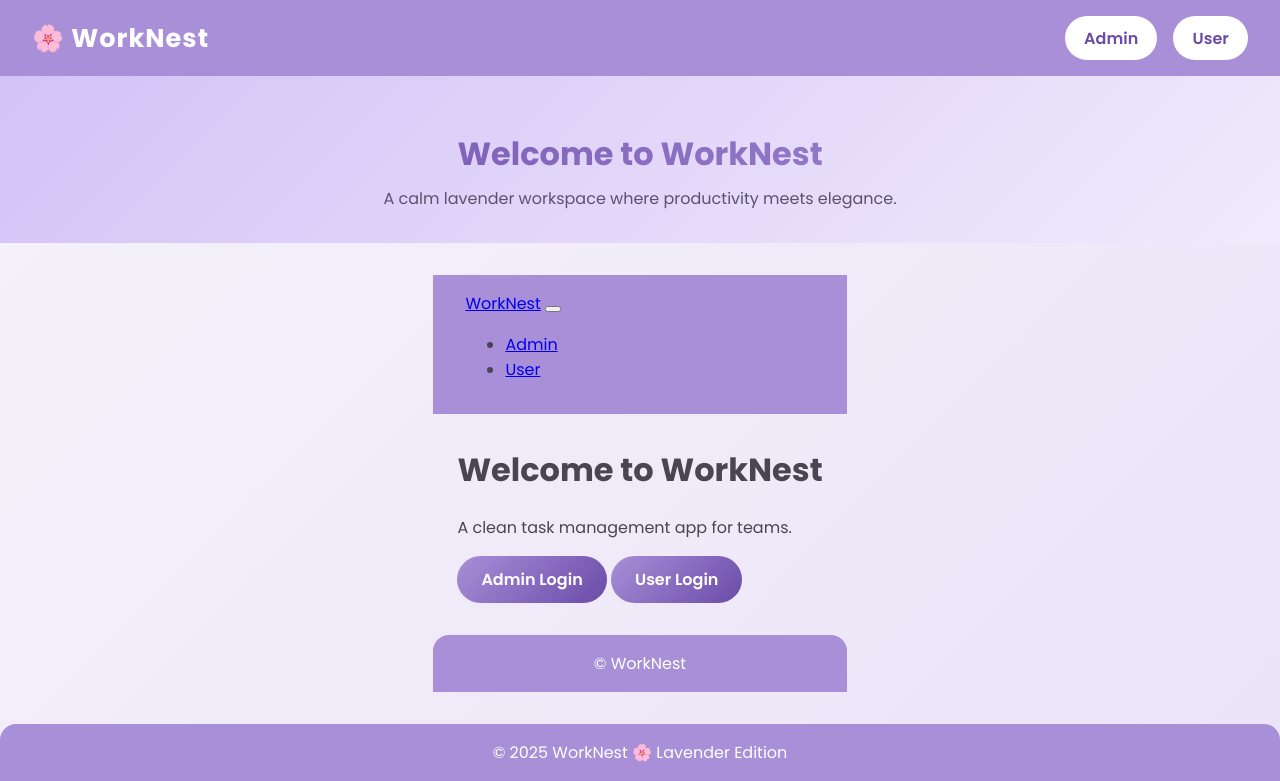
Repository: Sourav5harma/WiproProject
Page: http://localhost/WorkNestApp/
These files come from the project's save history. The page is drawn as it stood at one moment and after the next save; the edit follows.
The browser window is 1280 px wide. The pictures show the whole page.
The page is served by Tomcat 9. Other server files are loaded and not shown.

Above is the page before, as saved 2025-08-25 21:11:02.

### WorkNestApp/src/main/webapp/index.jsp
<%@ page language="java" contentType="text/html; charset=UTF-8" pageEncoding="UTF-8"%>
<%@ taglib prefix="c" uri="http://java.sun.com/jsp/jstl/core" %>
<jsp:forward page="/WEB-INF/jsp/index.jsp"/>

### WorkNestApp/src/main/webapp/WEB-INF/jsp/index.jsp
<%@ page contentType="text/html;charset=UTF-8" language="java" %>
<%@ taglib prefix="c" uri="http://java.sun.com/jsp/jstl/core" %>
<!DOCTYPE html>
<html lang="en">
<head>
  <title>WorkNest</title>
  <link href="https://fonts.googleapis.com/css2?family=Poppins:wght@400;600;700&display=swap" rel="stylesheet">
  <style>
    body { margin:0; min-height:100vh; display:flex; flex-direction:column;
           font-family:'Poppins',sans-serif; background:linear-gradient(135deg,#f6f3fa,#ebe3f8); color:#4b4453; }
    nav { display:flex; justify-content:space-between; align-items:center; background:#a88fd8; padding:1rem 2rem; }
    nav .title { font-size:1.6rem; font-weight:700; color:white; letter-spacing:1px; }
    nav .actions { display:flex; gap:1rem; }
    nav .actions a { padding:0.6rem 1.2rem; border-radius:30px; background:white; color:#6a4ba8;
                     font-weight:600; text-decoration:none; transition:all 0.3s ease; }
    nav .actions a:hover { background:#d3c2f7; color:white; }
    .hero { text-align:center; padding:2rem 1rem; background:linear-gradient(135deg,#d3c2f7,#f1ebfc); }
    .hero h1 { font-size:2rem; margin-bottom:0.5rem; background:linear-gradient(to right,#6a4ba8,#a88fd8);
               -webkit-background-clip:text; -webkit-text-fill-color:transparent; }
    .hero p { font-size:1rem; color:#5a5270; max-width:600px; margin:0 auto; }
    .container { flex-grow:1; max-width:1000px; margin:2rem auto; padding:0 1.5rem; }
    .card { background:white; padding:2rem; border-radius:1.5rem; box-shadow:0 6px 16px rgba(168,143,216,0.25);
            transition:transform 0.3s, box-shadow 0.3s; }
    .card:hover { transform:translateY(-6px); box-shadow:0 10px 22px rgba(168,143,216,0.35); }
    footer { background:#a88fd8; color:white; padding:1rem; text-align:center; border-top-left-radius:1rem;
             border-top-right-radius:1rem; margin-top:auto; }
    .btn { display:inline-block; padding:0.7rem 1.5rem; border-radius:50px;
           background:linear-gradient(135deg,#a88fd8,#6a4ba8); color:white; font-weight:600; text-decoration:none; transition:all 0.3s ease; }
    .btn:hover { box-shadow:0 6px 16px rgba(168,143,216,0.4); transform:translateY(-2px); }
  </style>
</head>
<body>
<nav>
  <div class="title">🌸 WorkNest</div>
  <div class="actions">
    <a href="<c:url value='/admin/login'/>">Admin</a>
    <a href="<c:url value='/user/login'/>">User</a>
  </div>
</nav>
<div class="hero">
  <h1>Welcome to WorkNest</h1>
  <p>A calm lavender workspace where productivity meets elegance.</p>
</div>
<div class="container">

<nav class="navbar navbar-expand-lg navbar-dark bg-primary">
  <div class="container-fluid">
    <a class="navbar-brand fw-bold" href="<c:url value='/'/>">WorkNest</a>
    <button class="navbar-toggler" type="button" data-bs-toggle="collapse" data-bs-target="#nav">
      <span class="navbar-toggler-icon"></span>
    </button>
    <div class="collapse navbar-collapse" id="nav">
      <ul class="navbar-nav ms-auto">
        <li class="nav-item"><a class="nav-link" href="<c:url value='/admin/login'/>">Admin</a></li>
        <li class="nav-item"><a class="nav-link" href="<c:url value='/user/login'/>">User</a></li>
      </ul>
    </div>
  </div>
</nav>
<div class="container my-4">

<div class="p-5 bg-white rounded-3 shadow-sm">
  <h1 class="display-6">Welcome to WorkNest</h1>
  <p class="lead">A clean task management app for teams.</p>
  <a class="btn btn-primary me-2" href="<c:url value='/admin/login'/>">Admin Login</a>
  <a class="btn btn-outline-primary" href="<c:url value='/user/login'/>">User Login</a>
</div>

</div>
<footer class="text-center text-muted py-4">© WorkNest</footer>

</div>
<footer>© 2025 WorkNest 🌸 Lavender Edition</footer>
</body>
</html>

After the next save:
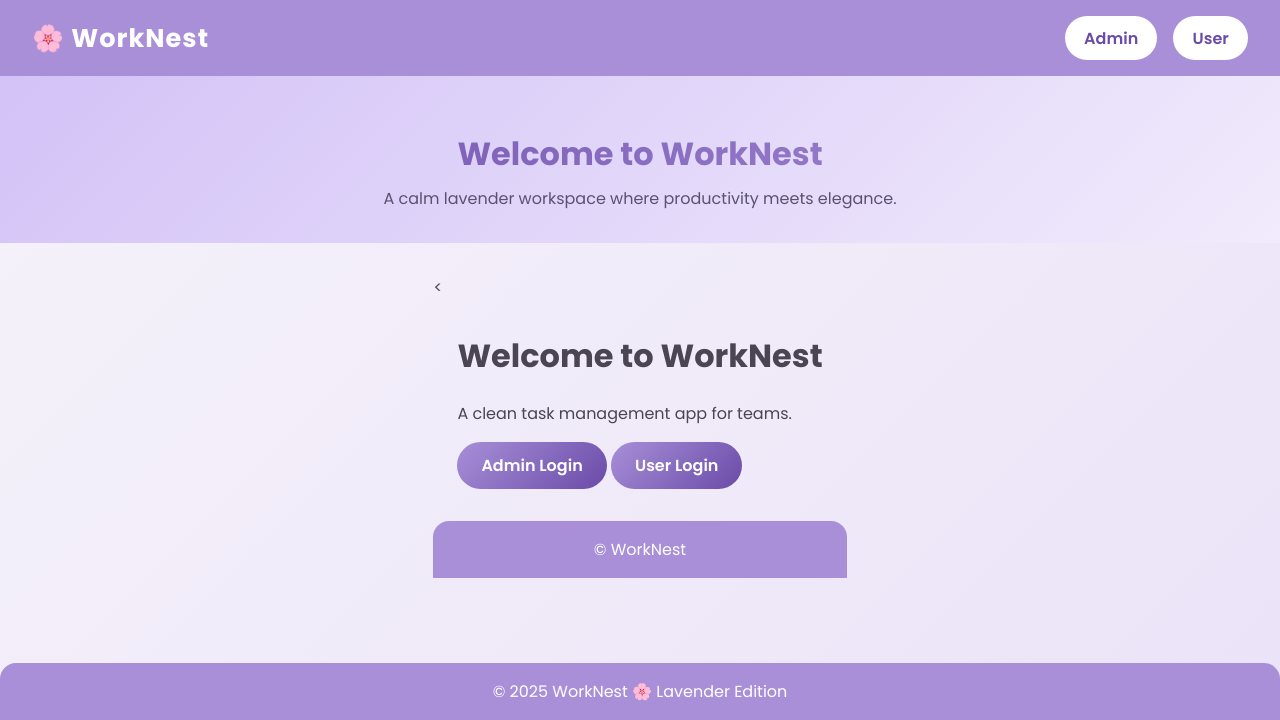
Saved 5 h 33 min later.
--- a/WorkNestApp/src/main/webapp/WEB-INF/jsp/index.jsp
+++ b/WorkNestApp/src/main/webapp/WEB-INF/jsp/index.jsp
@@ -43,7 +43,7 @@
 </div>
 <div class="container">
 
-<nav class="navbar navbar-expand-lg navbar-dark bg-primary">
+<<%-- nav class="navbar navbar-expand-lg navbar-dark bg-primary">
   <div class="container-fluid">
     <a class="navbar-brand fw-bold" href="<c:url value='/'/>">WorkNest</a>
     <button class="navbar-toggler" type="button" data-bs-toggle="collapse" data-bs-target="#nav">
@@ -56,7 +56,7 @@
       </ul>
     </div>
   </div>
-</nav>
+</nav> --%>
 <div class="container my-4">
 
 <div class="p-5 bg-white rounded-3 shadow-sm">
